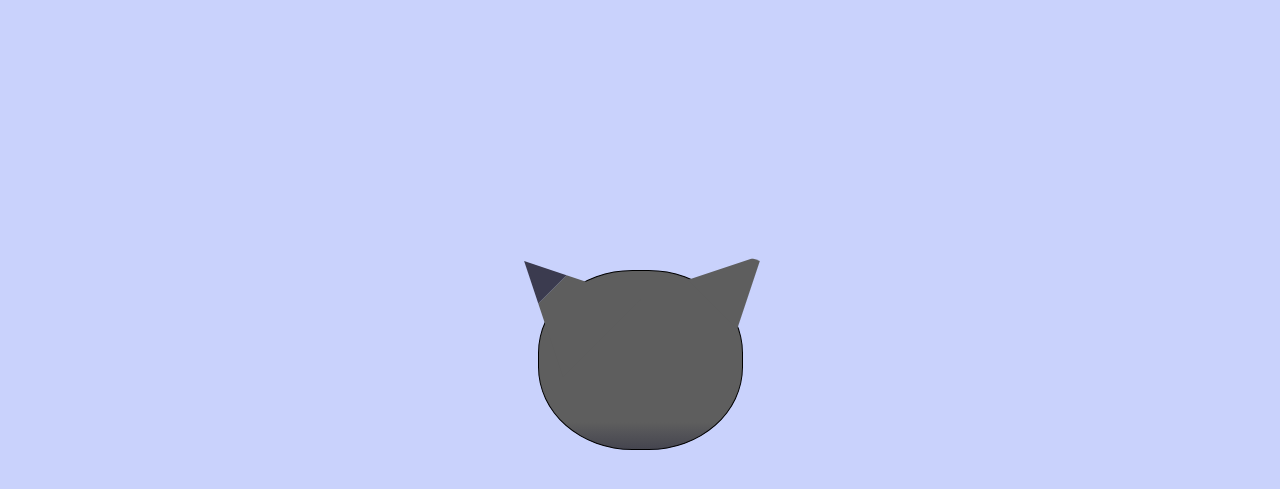
Repository: Lungdjos/cat_painting
Page: index.html
An editor plug-in stored every save of this project. The page is shown before and after the next save, followed by the edit.
The browser window is 1280 px wide. The pictures show the whole page.

Above is the page before, as saved 2023-11-08 16:42:06.

### index.html
<!DOCTYPE html>
<html lang="en">

<head>
    <meta charset="UTF-8">
    <meta name="viewport" content="width=device-width, initial-scale=1.0">
    <title>fCC Cat Painting</title>
    <link rel="stylesheet" href="./styles.css">
</head>

<body>
    <main>
        <div class="cat-head">
            <div class="cat-ears">
                <div class="cat-right-ear">
                    <div class="cat-right-inner-ear"></div>
                </div>
                <div class="cat-left-ear">
                    <div class="cat-left-inner-ear"></div>
                </div>
            </div>
        </div>
        <!-- <div class="box"></div> -->
    </main>

</body>

</html>

### styles.css
* {
    box-sizing: border-box;
}

body {
    background-color: #c9d2fc;
}

.cat-head {
    position: absolute;
    right: 0;
    left: 0;
    top: 0;
    bottom: 0;
    margin: auto;
    background: linear-gradient(#5e5e5e 85%, #45454f 100%);
    width: 205px;
    height: 180px;
    border: 1px solid #000;
    border-radius: 46%;
}

.cat-left-ear {
    position: absolute;
    top: -26px;
    left: -31px;
    z-index: 1;
    border-top-left-radius: 90px;
    border-top-right-radius: 10px;
    transform: rotate(-45deg);
    border-left: 35px solid transparent;
    border-right: 35px solid transparent;
    border-bottom: 70px solid #5e5e5e;
}

.cat-right-ear {
    position: absolute;
    top: -26px;
    left: 163px;
    transform: rotate(45deg);
    border-top-left-radius: 90px;
    border-top-right-radius: 10px;
    border-left: 35px solid transparent;
    border-right: 35px solid transparent;
    border-bottom: 70px solid #5e5e5e;
    z-index: 1;
}

.cat-left-inner-ear {
    border-left: 20px solid transparent;
    border-right: 20px solid transparent;
    border-bottom: 40px solid #3b3b4f;
}

After the next save:
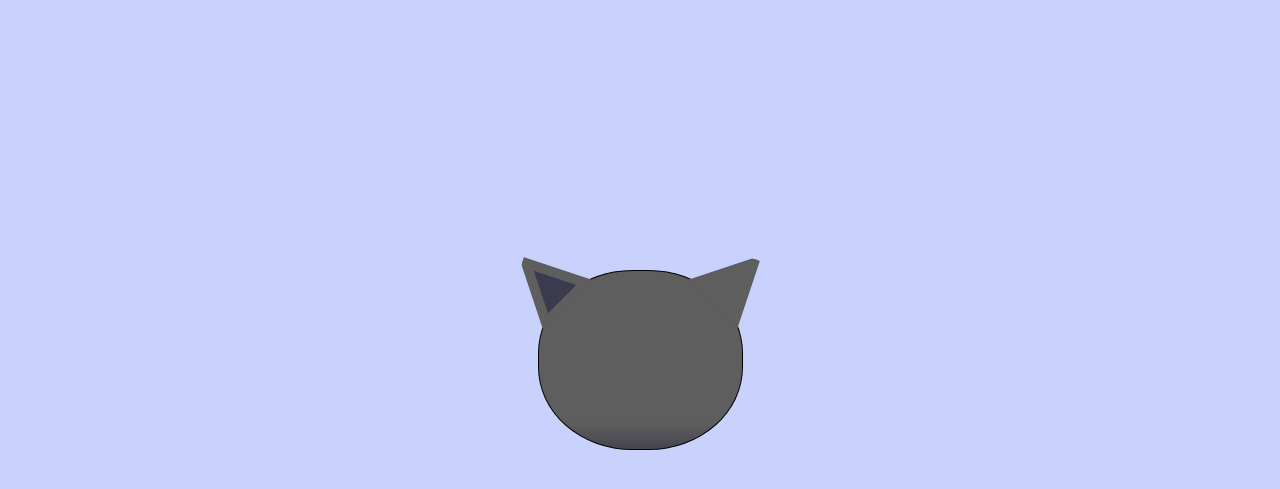
Saved 96 s later.
--- a/styles.css
+++ b/styles.css
@@ -50,4 +50,7 @@ body {
     border-left: 20px solid transparent;
     border-right: 20px solid transparent;
     border-bottom: 40px solid #3b3b4f;
+    position: absolute;
+    top: 22px;
+    left: -20px;
 }
